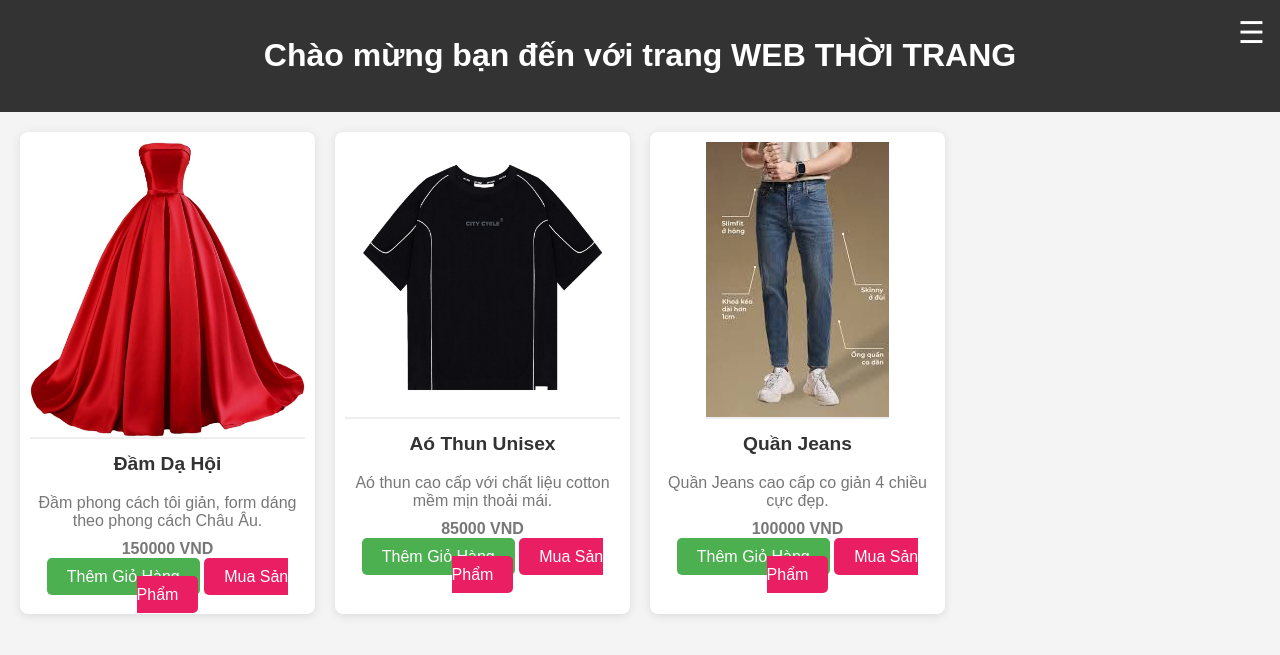
Repository: Thang871/web-thoi-trang
Page: http://localhost/
The author's editor kept a copy of each file at every save. The page is drawn from the files as they stood at one save, then again after the next save.
The browser window is 1280 px wide. The pictures show the whole page.
The page is served by the project's application, run on Flask 3 (app.py).

Above is the page before, as saved 2024-11-25 10:49:07.

After the next save:
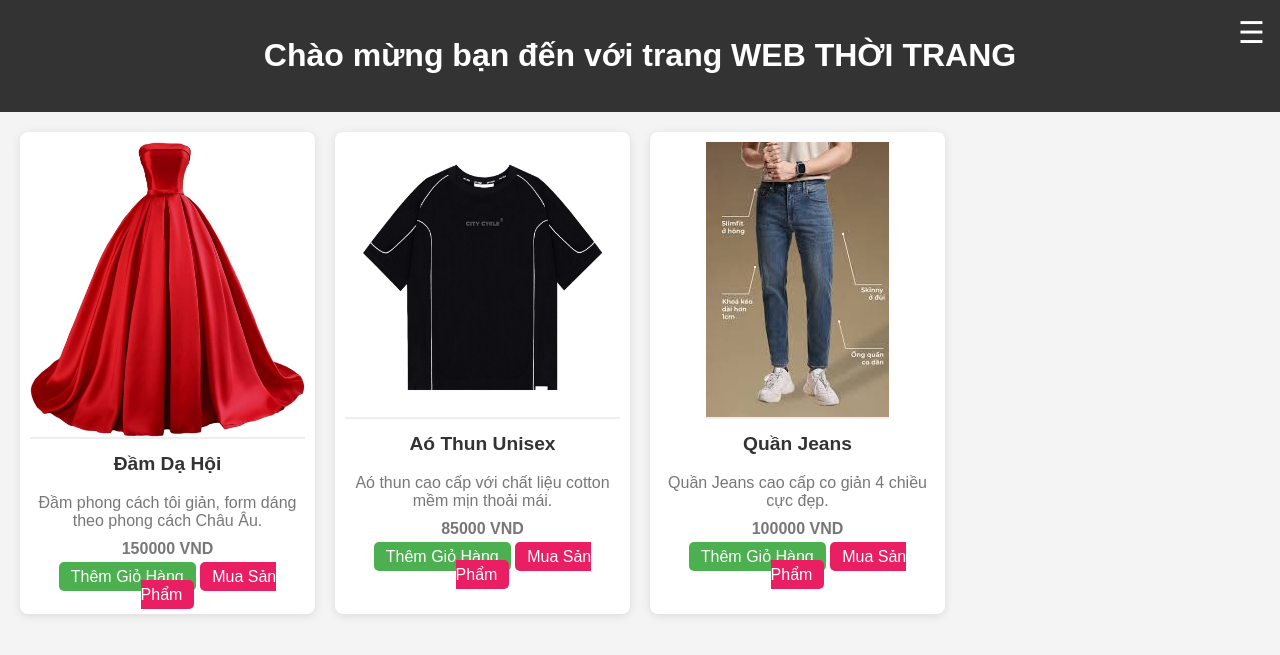
Saved 6 days later.
--- a/templates/products.html
+++ b/templates/products.html
@@ -119,7 +119,7 @@
         .btn-add-to-cart, .btn-buy-now {
             background-color: #4CAF50;
             color: white;
-            padding: 10px 20px;
+            padding: 6px 12px;
             border: none;
             border-radius: 5px;
             cursor: pointer;
